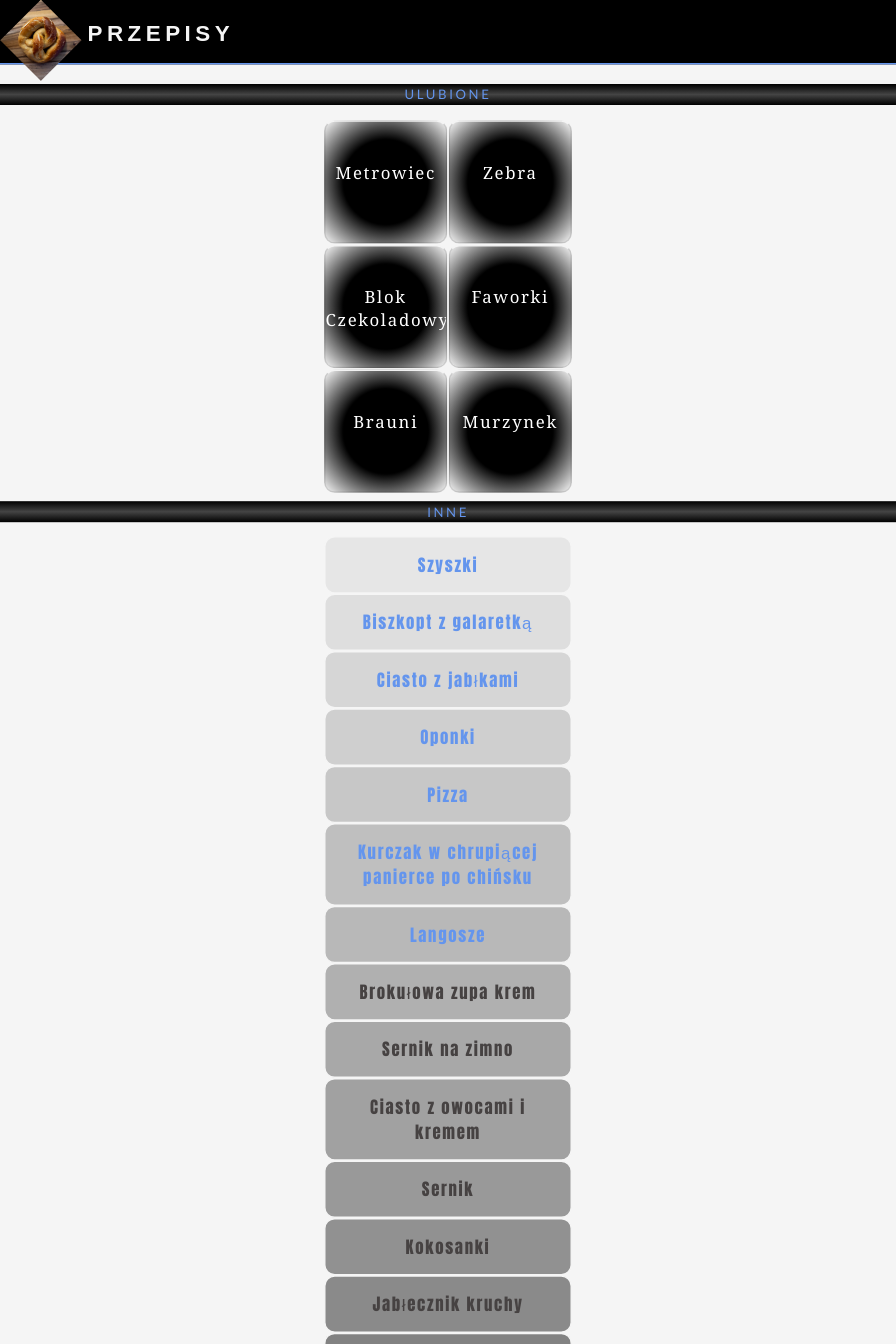
Repository: yaoayh/przepisy
Page: index.html
An editor plug-in stored every save of this project. The page is shown before and after the next save, followed by the edit.
The browser window is 1280 px wide. The pictures show the part of the page from y = 0 to 1920 px (the page is 3147 px tall), at 70% of full size.

Above is the page before, as saved 2020-08-14 01:01:50.

### index.html
<!DOCTYPE html>
<html>
    <head>
        <title>Przepisy</title>

        <meta charset="UTF-8">
        <meta name="viewport" content="width=device-width,
        initial-scale=1.0">
        <meta name="author" content="Dawid Litwin">

        <link rel="shortcut icon" href="images/icon.jpg">

        <link href="css/styles.css" type="text/css"
        rel="stylesheet" />
    </head>

    <body>
        <!--                HEADER                           -->
        <div id="header">
            <div class="picture">
                <a href="#top"><img src="images/precel.jpg" alt="precel"
                title="obrazek przedstawiajacy precel"
                width= "82,8" height= "82,8"></a>
            </div>
        <h1>Przepisy</h1>
        </div>


        <!--                    INFO 1                       -->

        <div class="info_Nr1">
            <h3>Ulubione</h3>
        </div>
        <!--                    SQARES                       -->

        <form class="head_Sqares">
            <!----------------------------------------------------------------------------------------------------------------------------------------------------------------------->
            <a class="m1" href="podstrony/metrowiec.html">
            <div class="sqares_Left">
                <p class="favorites">Metrowiec
                </p>
            </div></a>
            <a href="podstrony/Zebra.htm">
            <div class="sqares_Right">
                <p class="favorites">Zebra</p>
            </div></a>
            <!---->
            <a href="podstrony/blok_Czekoladowy.html"><div class="sqares_Left">
                <p class="bigger">Blok Czekoladowy</p>
            </div></a>
            <a href="podstrony/faworki.html"><div class="sqares_Right">
                <p>Faworki</p>
            </div></a>
            <!---->
            <a href="podstrony/brauni.html"> <div class="sqares_Left">
                <p>Brauni</p>
            </div></a>
            <a href="podstrony/murzynek.html"><div class="sqares_Right">
                <p>Murzynek</p>
            </div></a>
            <!----------------------------------------------------------------------------------------------------------------------------------------------------------------------->
        </form>
        <div class="info_Nr2">
            <h3>Inne</h3>
        </div>
        <!--            CZEŚĆ DRUGA                          -->

        <form class="main2">
            <a href="podstrony/szyszki.html"><div class="n1"><p class="p1">Szyszki</p></div></a>
            <a href="podstrony/biszkopt_z_galaretką.html"><div class="n2"><p class="p1">Biszkopt z galaretką</p></div></a>
            <a href="podstrony/ciasto_z_jablkami.html"><div class="n3"><p class="p1">Ciasto z jabłkami</p></div></a>
            <a href="podstrony/oponki.html"><div class="n4"><p class="p1">Oponki</p></div></a>
            <a href="podstrony/pizza.html"><div class="n5"><p class="p1">Pizza</p></div></a>
            <a href="podstrony/kurczak_po_chinsku.html"><div class="n6"><p class="p1">Kurczak w chrupiącej panierce po chińsku</p></div></a>
            <a href="podstrony/langosze.html"><div class="n7"><p class="p1">Langosze</p></div></a>
            <a href="podstrony/brokulowa_zupa_krem.html"><div class="n8"><p class="p1_Shadow">Brokułowa zupa krem</p></div></a>
            <a href="podstrony/sernik_na_zimno.html"><div class="n9"><p class="p1_Shadow">Sernik na zimno</p></div></a>
            <a href="podstrony/ciasto_z_owocami_i_kremem.html"><div class="n10"><p class="p1_Shadow">Ciasto z owocami i kremem</p></div></a>
            <a href="podstrony/sernik.html"><div class="n11"><p class="p1_Shadow">Sernik</p></div></a>
            <a href="podstrony/kokosanki.html"><div class="n12"><p class="p1_Shadow">Kokosanki</p></div></a>
            <a href="podstrony/jablecznik_kruchy.html"><div class="n13"><p class="p1_Shadow">Jabłecznik kruchy</p></div></a>
            <a href="podstrony/ciasto_kasi.html"><div class="n14"><p class="p1_Shadow">Ciasto Kasi</p></div></a>
            <a href="podstrony/ciasto_ucierane.html"><div class="n15"><p class="p1">Ciasto ucierane z owocami</p></div></a>
            <a href="podstrony/gofry.html"><div class="n16"><p class="p1">Gofry</p></div></a>
            <a href="podstrony/brauni.html"><div class="n17"><p class="p1">Brauni Kasi</p></div></a>
            <a href="podstrony/salatka_francuska.html"><div class="n18"><p class="p1">Sałatka francuska</p></div></a>
            <a href="podstrony/botwina.html"><div class="n19"><p class="p1">Botwina</p></div></a>
            <a href="podstrony/nalewka.html"><div class="n20"><p class="p1">Nalewka</p></div></a>
            <a href="podstrony/salatka_zolta.html"><div class="n21"><p class="p1">Sałatka żółta</p></div></a>
            <a href="podstrony/ogorki_konserwowe.html"><div class="n22"><p class="p1">Ogórki konserwowe</p></div></a>
            <a href="podstrony/zacierki.html"><div class="n23"><p class="p1">Zacierki</p></div></a>
            <div class="n24"><p class="p1">Zupa serowa z pulpetami</p></div>
            <a href="podstrony/sos_beszamelowy_zapiekany.html"><div class="n25"><p class="p1">Sos beszamelowy Zapiekany</p></div></a>
            <a href="podstrony/kurczak_z_antylii.html">
                <div class="n26">
                    <p class="p1">Kurczak z Antylii</p>
                </div>
            </a>
            <br>

        </form>
        <br><br><br>

        <!--            PRAWA AUTORIESKIE                    -->

        <form class="bottom">
            <strong> <q>Precel</q>
                by <a class="a_Bottom" href="https://www.flickr.com/photos/ajay_suresh/">ajay_suresh</a>
        </strong>
        </form>


    </body>
</html>

### css/styles.css

html{overflow: scroll;}
body {
    height: auto;
	margin: 0px;
    background-color: whitesmoke;
}

/*                      Nagłówek                    */
body.body_Undersite{
    padding: 5px;
}
#header {
    top: 0px;
    width: 100%;
    height: 90px;
    position: fixed;
    background-color: black;
    background-image: linear-gradient();
    border-bottom: 2px solid cornflowerblue;}

.picture{
    margin: 16px;
    float: left;
    width: 82px;
    transform: rotate(45deg);}

h1 {
    text-transform: uppercase;
    font-family: Arial, Helvetica, sans-serif;
    letter-spacing: 0.2em;
    font-style: normal;
    color: whitesmoke;
    padding: 30px 30px 30px 15px;
    margin-left: 110px;
    margin-top: 0px;}


/*                  CZESC II                    */
form.main2{
    margin: auto;
    height: auto; /*531px;*/
    width: 354px;/*354px;*/
    background-color: whitesmoke;
    padding: 5px;}
.info_Nr1, .info_Nr2{
    background-image: linear-gradient( black,rgb(68, 68, 68),black);
    border: 12px 12px 12px 12px;
    border-color: black;
    border-style: single;
    text-align: center;
    margin-top: 120px;
    margin-bottom: 15px;
}

h3 {
    font-weight: normal;
    color: cornflowerblue;
    font-family: "Gill Sans", Arial, sans-serif;
    text-transform: uppercase;
    text-align: center;
    padding: 4px;
    margin: 0px;
    letter-spacing: 0.2em;}

/*                      BLOKI                   */

form.head_Sqares {
    margin: auto;
    height: 531px; /*531px;*/
    width: 354px;/*354px;*/
    background-color: whitesmoke;
    padding: 5px;}

.sqares_Left, .sqares_Right {
    text-decoration: none;
    border-radius: 15px;
    margin-top: 2px;
    width: 172px;
    height: 172px;
    background-image: linear-gradient(whitesmoke, black);
    background-image: linear-gradient(white, black, black);
    background-image: radial-gradient(black,black,whitesmoke);
    color: white;
    overflow: auto;
    border: 2px solid rgba(0, 0, 0, .1);
    border-top: 2px solid rgba(245, 245, 245, 0.959);
    /* border-top: 2px solid rgb(133, 133, 133); */

}
.sqares_Left{
    float: left;
    }
/* .first_Choice{color: cornflowerblue;} */
.sqares_Right{
    float: right ;
    clear: right;}
p {

    border-radius: 5px;
    text-decoration: none;
    padding-top: 55px;
    text-align: center;
    font-family: Georgia, 'Times New Roman', Times, serif;
    font-size: x-large;
    letter-spacing: 0.10em;
    margin:0px;}
p.p1_Shadow{padding: 21px; color: rgb(70, 66, 66);
    font-family: Impact, Haettenschweiler, 'Arial Narrow Bold', sans-serif;
text-decoration: none;}
p.p1{
    font-family: Impact, Haettenschweiler, 'Arial Narrow Bold', sans-serif;
    text-decoration: none;
    padding: 21px;
    color: cornflowerblue;}
#bigger {
    font-size: 9px;
    padding: 0px 0px;}
.info_Nr2 {margin-top: 10px;}

.n1,.n2,.n3,.n4,.n5,.n6,.n7,.n8,.n9,.n10,.n11,.n12,.n13,.n14,.n15,.n16,.n17,.n18,.n19,.n20,.n21,.n22,.n23,.n24,.n25,.n26,.n27{
    border-radius: 15px;
    border: 2px solid whitesmoke;
    clear: both;}
div.n1 {

    background-color: hsl(0, 0%, 90%);
}
.n2{
    background-color: hsl(0,0%,87%);
}
.n3{
    background-color: hsl(0, 0%, 84%);
}
.n4{
    background-color: hsl(0, 0%, 81%);
}
.n5{
    background-color: hsl(0, 0%, 78%);
}
.n6{
    background-color: hsl(0, 0%, 75%);
}
.n7{
    background-color: hsl(0, 0%, 72%);
}
.n8{
    background-color: hsl(0, 0%, 69%);
}
.n9{
    background-color: hsl(0, 0%, 66%);
}
.n10{
    background-color: hsl(0, 0%, 63%);
}
.n11{
    background-color: hsl(0, 0%, 60%);
}
.n12{
    background-color: hsl(0, 0%, 57%);
}
.n13{
    background-color: hsl(0, 0%, 54%);
}
.n14{
    background-color: hsl(0, 0%, 51%);
}
.n15{
    background-color: hsl(0, 0%, 48%);
}
.n16{
    background-color: hsl(0, 0%, 45%);
}
.n17{
    background-color: hsl(0, 0%, 42%);
}
.n18{
    background-color: hsl(0, 0%, 39%);
}
.n19{
    background-color: hsl(0, 0%, 36%);
}
.n20{
    background-color: hsl(0, 0%, 33%);
}
.n21{
    background-color: hsl(0, 0%, 30%);
}
.n22{
    background-color: hsl(0, 0%, 27%);
}
.n23{
    background-color: hsl(0, 0%, 24%);
}
.n24{
    background-color: hsl(0, 0%, 21%);
}
.n25{
    background-color: hsl(0, 0%, 18%);
}
.n26{
    background-color: hsl(0, 0%, 15%);
}
.n27{background-color: hsl(0, 0%, 12%);}


/*                  PRAWA AUTORSKIE             */
.a_Bottom {
    text-decoration: none;
    color: white;
    text-decoration-line: underline;
}
.bottom {
    padding: 5px;
    text-decoration: none;
    background-color: black;
    color: white;
}
/**************************************************************************************/

#header_Undersite {
    top: 0px;
    width: 100%;
    height: 90px;
    position: fixed;
    background-color: black;
    border-bottom: 2px solid cornflowerblue;}
h1.h1_Undersite {
    letter-spacing: 0.15em;
}

a.m1:visited{
    color: cornflowerblue;
}
a {

    text-decoration: whitesmoke;

}
a:visited{
    color: whitesmoke;
}
a:hover{
    text-decoration: none;
    background-color: aquamarine;
    color: cyan;
}
td{
    font-size: large;
    text-decoration: solid;
    font-family: Arial, Helvetica, sans-serif;
    padding: 5px;
    background-color: cornflowerblue;
    border-radius: 5px;

}
form.form_Undersite{
    margin-top: 120px;
    background-color: rgb(245, 245, 245);
}
.name{
    max-width: 400px;
    border-radius: 35px;
    border: 8px double cornflowerblue;
    background-color: hsl(245,0%,95%);
    padding: 5px 0px 5px 5px;
    margin: 5px;}

h2 {
    text-align: left;
    font-size: x-large;
    text-transform: uppercase;
    font-family: Arial, Helvetica, sans-serif;
    letter-spacing: 0.2em;
    font-style: normal;
    color: whitesmoke;
    padding: 30px;
    border: 1px solid cornflowerblue;
    border-radius: 0px 20px 20px 0px;
    max-width: 120px;
    background-color: cornflowerblue;
    }
table {

    margin-right: 0px;
    padding: 10px 0px 10px 0px;
}
tr{
    empty-cells: hide;
}
td {
    width: 60px;
    background-color: hsl(0,0%,87%);
    border-radius: 10px;
    padding: 10px 5px 10px 10px;
    text-align: right;
    font-weight: bold;
}
td.table2{
    width: auto;
    background-color: cornflowerblue;
    border-radius: 50px;
    font-weight: normal;
    padding: 10px 10px 10px 10px;
    text-align: left;
}
ol{
    padding: 10px 0px 10px 0px;
    margin: 25px;
    border-radius: 20px;
    background-color: hsl(0,0%,87%);
}
li {

    font-family: Arial, Helvetica, sans-serif;
    font-size: large;
    padding: 15px 5px 10px 5px;
}
.ps{
    background-color: hsl(0,0%,87%);
    margin: 5px;
    border: 4px double cadetblue;
    border-radius: 5px;
    padding: 5px;
}

After the next save:
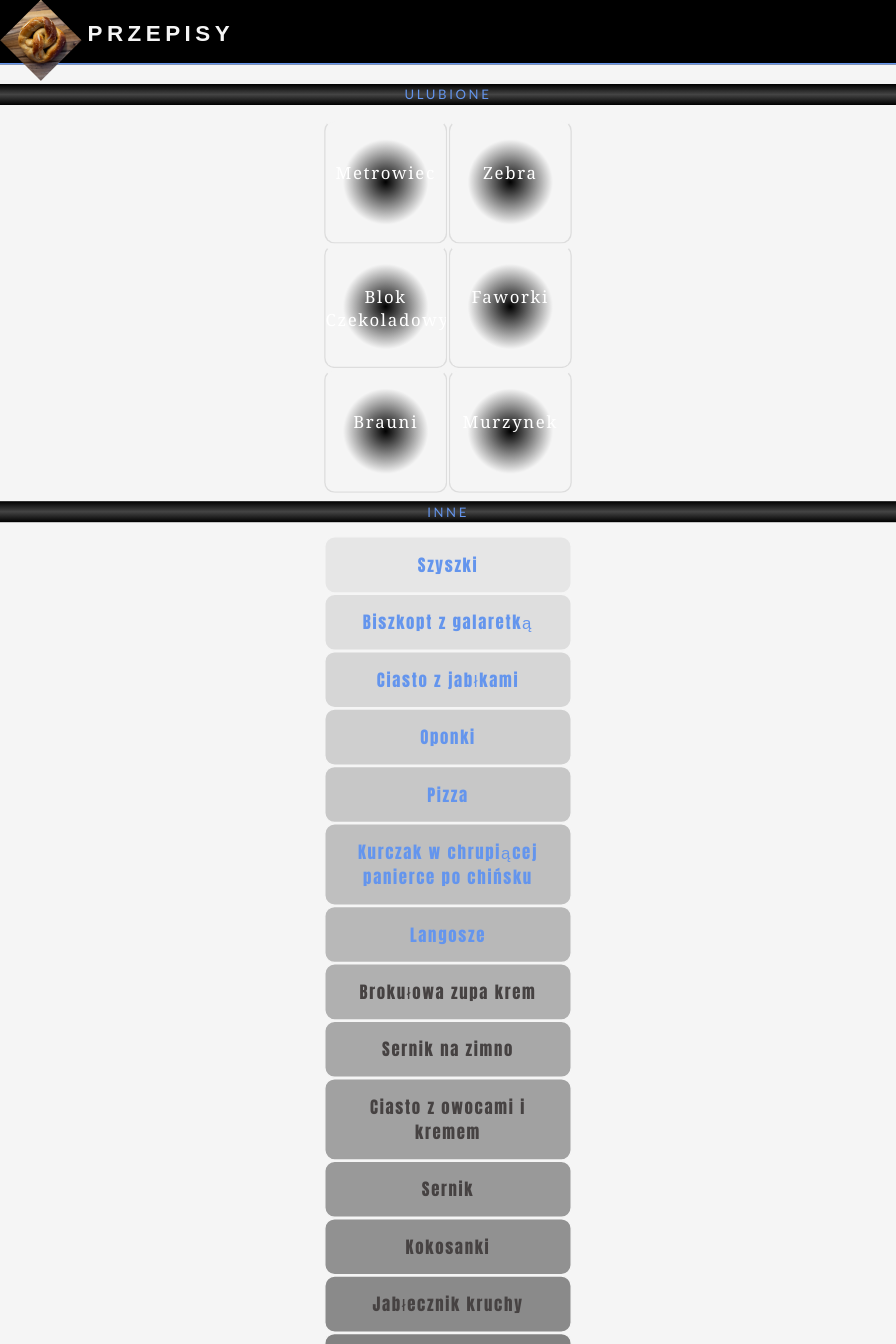
Saved 27 s later.
--- a/css/styles.css
+++ b/css/styles.css
@@ -80,7 +80,7 @@
     height: 172px;
     background-image: linear-gradient(whitesmoke, black);
     background-image: linear-gradient(white, black, black);
-    background-image: radial-gradient(black,black,whitesmoke);
+    background-image: radial-gradient(black,whitesmoke,whitesmoke);
     color: white;
     overflow: auto;
     border: 2px solid rgba(0, 0, 0, .1);

After the save that followed:
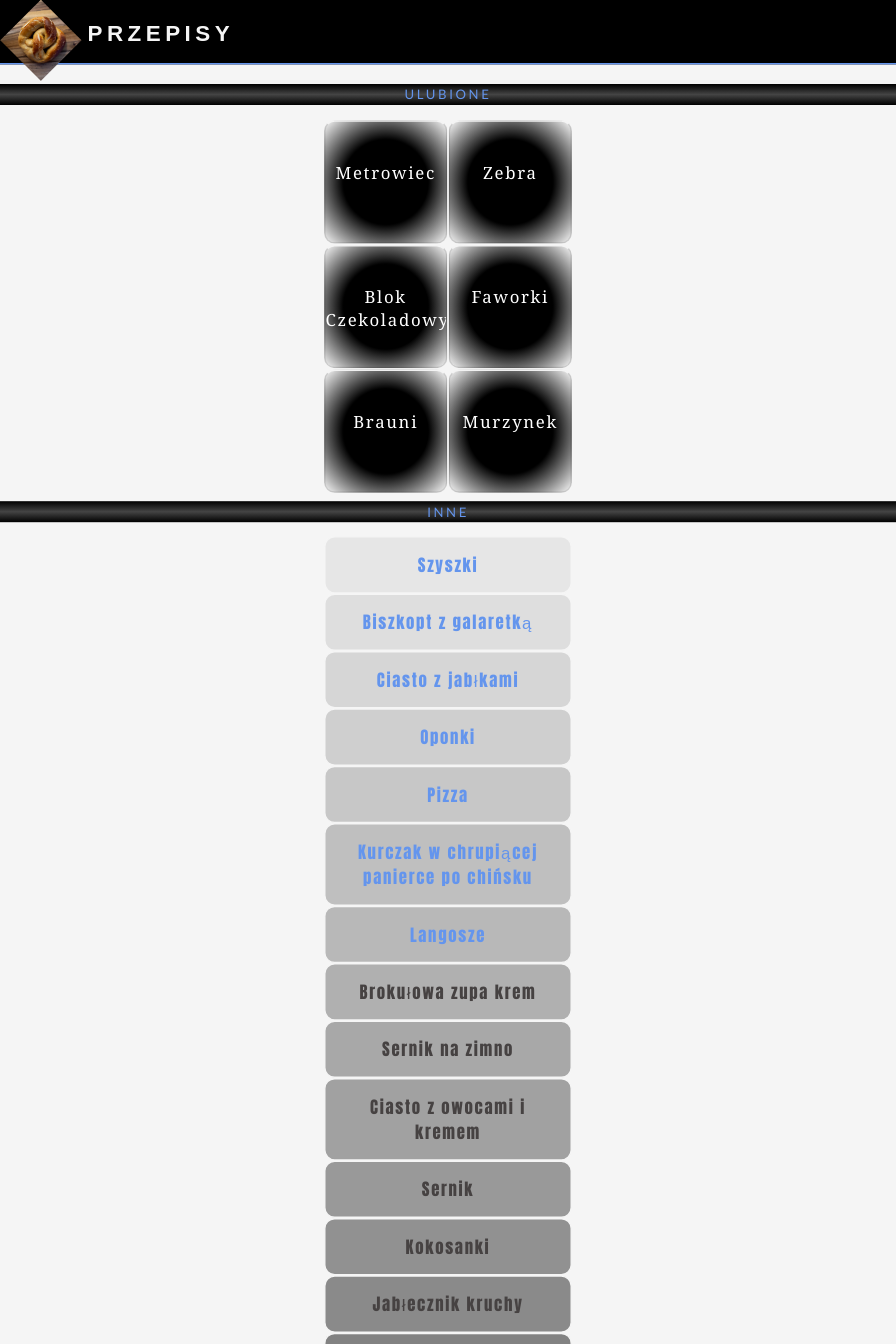
Saved 26 s later.
--- a/css/styles.css
+++ b/css/styles.css
@@ -80,7 +80,7 @@
     height: 172px;
     background-image: linear-gradient(whitesmoke, black);
     background-image: linear-gradient(white, black, black);
-    background-image: radial-gradient(black,whitesmoke,whitesmoke);
+    background-image: radial-gradient(black,black,whitesmoke);
     color: white;
     overflow: auto;
     border: 2px solid rgba(0, 0, 0, .1);
